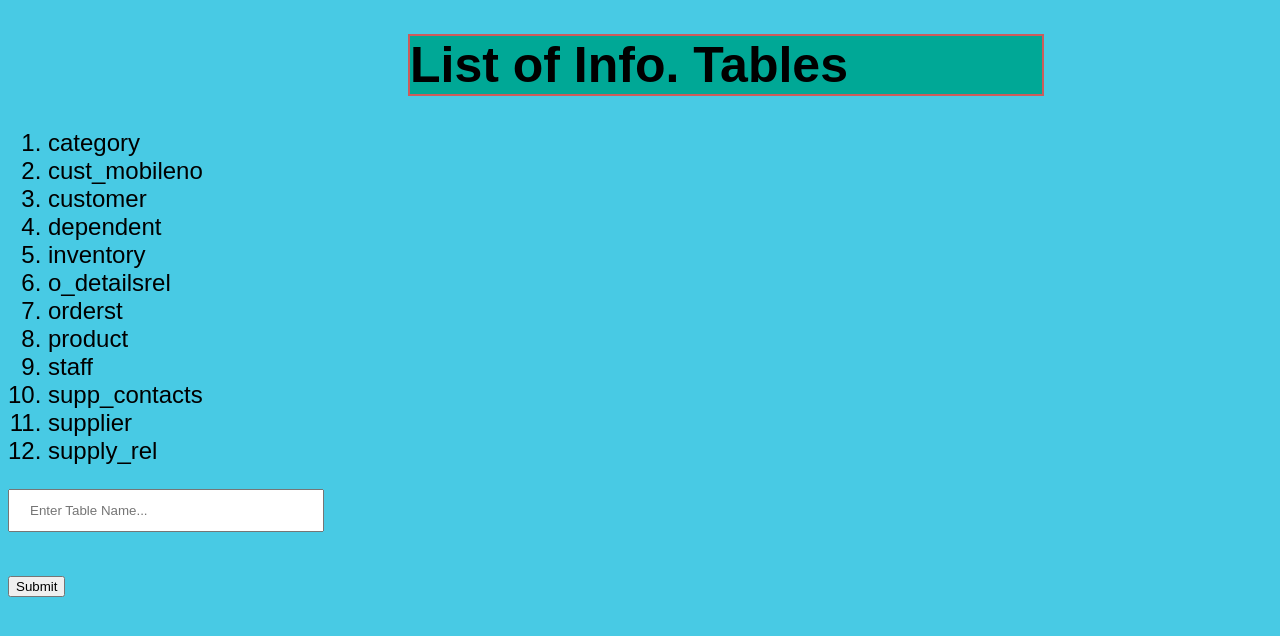
Repository: cyrusdwivedi2002/inventory-management-system
Page: DemoApp/src/main/webapp/view.html
The author's editor kept a copy of each file at every save. The page is drawn from the files as they stood at one save, then again after the next save.
The browser window is 1280 px wide. The pictures show the whole page.
Some web fonts or font styles are not loaded; a fallback is used.

Above is the page before, as saved 2022-06-24 19:02:03.

After the next save:
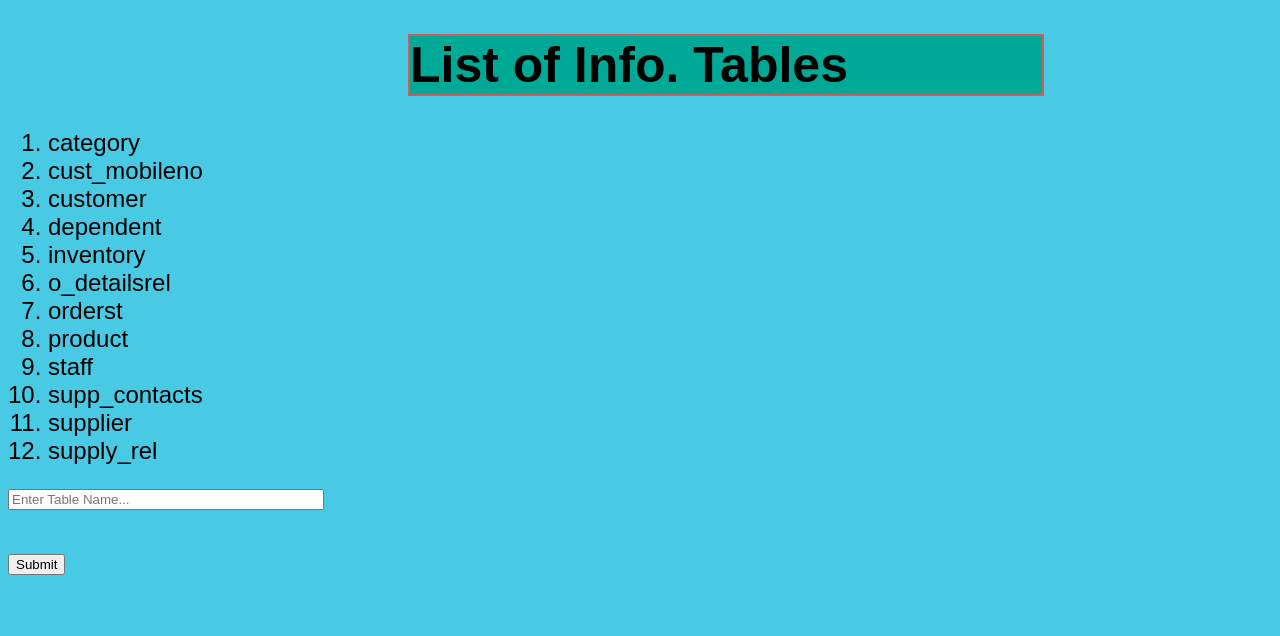
Saved 27 s later.
--- a/DemoApp/src/main/webapp/view.html
+++ b/DemoApp/src/main/webapp/view.html
@@ -26,7 +26,6 @@ font-size:x-large;
 }
 input{
   width: 25%;
-  padding: 12px 20px;
   margin: 8px 0;
   box-sizing: border-box;
 }
